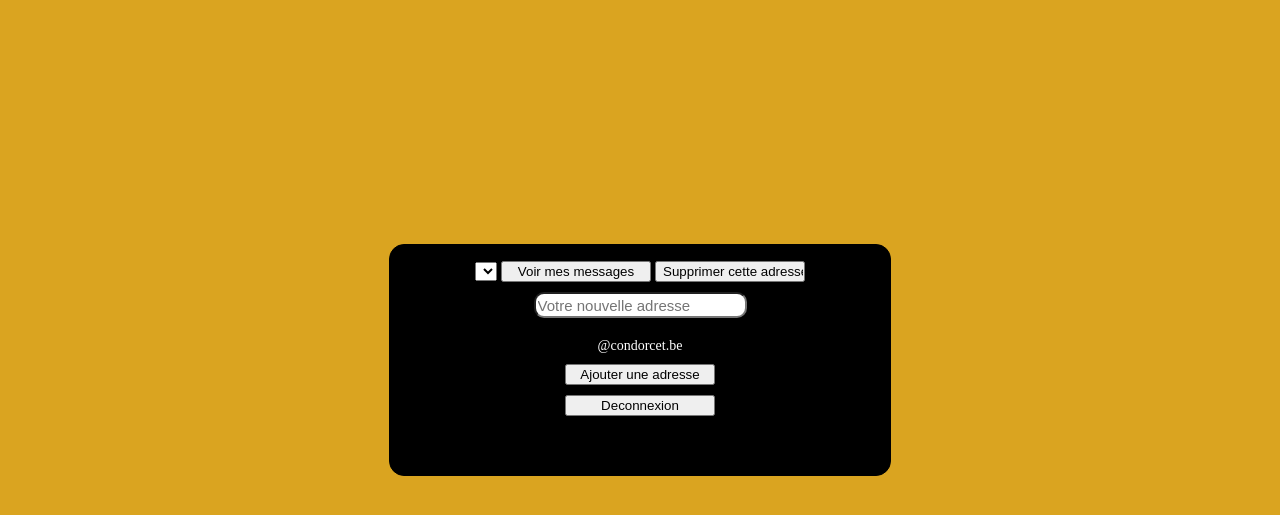
Repository: N1portekoi/JEE
Page: http://localhost/WebMail/JSP/Adresses.jsp
An editor plug-in stored every save of this project. The page is shown before and after the next save, followed by the edit.
The browser window is 1280 px wide. The pictures show the whole page.
The page is served by Tomcat 9.

Above is the page before, as saved 2017-01-12 16:30:54.

After the next save:
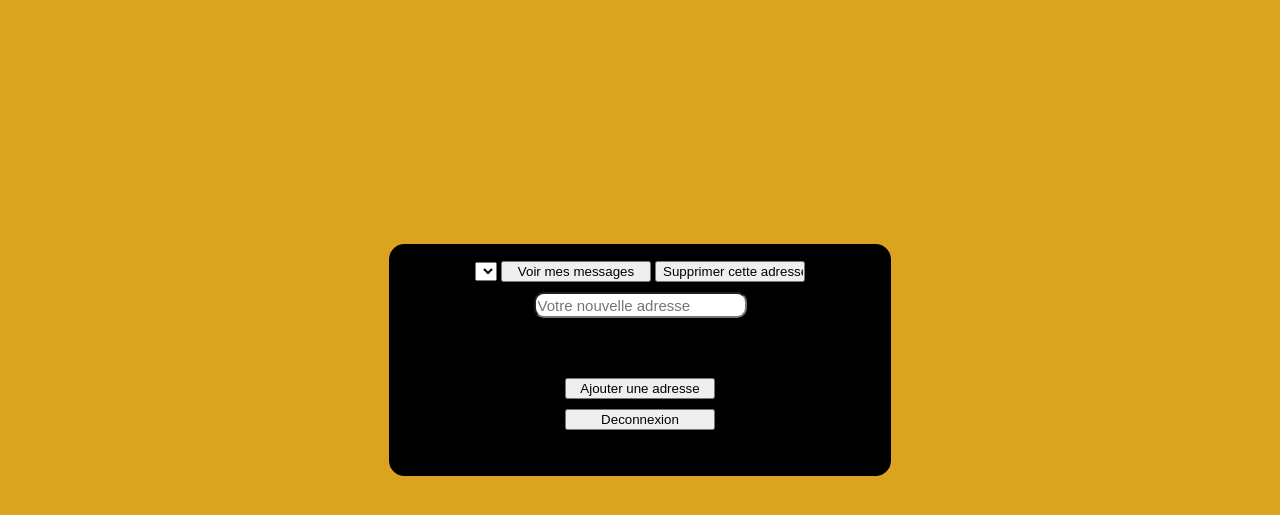
Saved 3 min 21 s later.
--- a/WebMail/WebContent/JSP/Adresses.jsp
+++ b/WebMail/WebContent/JSP/Adresses.jsp
@@ -18,7 +18,7 @@
 			<input name="btnVoirMessages"   type="submit"   value="Voir mes messages" />
 			<input name="btnSupprimerEmail" type="submit"   value="Supprimer cette adresse"/>
 			<input name="nouvelleAdresse"   type="text"     placeholder="Votre nouvelle adresse"   maxlength="15">
-			<p class="adresse" >@condorcet.be</p>
+			<p>@condorcet.be</p>
 			<input name="btnAjouterAdresse" type="submit"   value="Ajouter une adresse" />
 		</form>
 		<form method="GET" action="Connexion">
